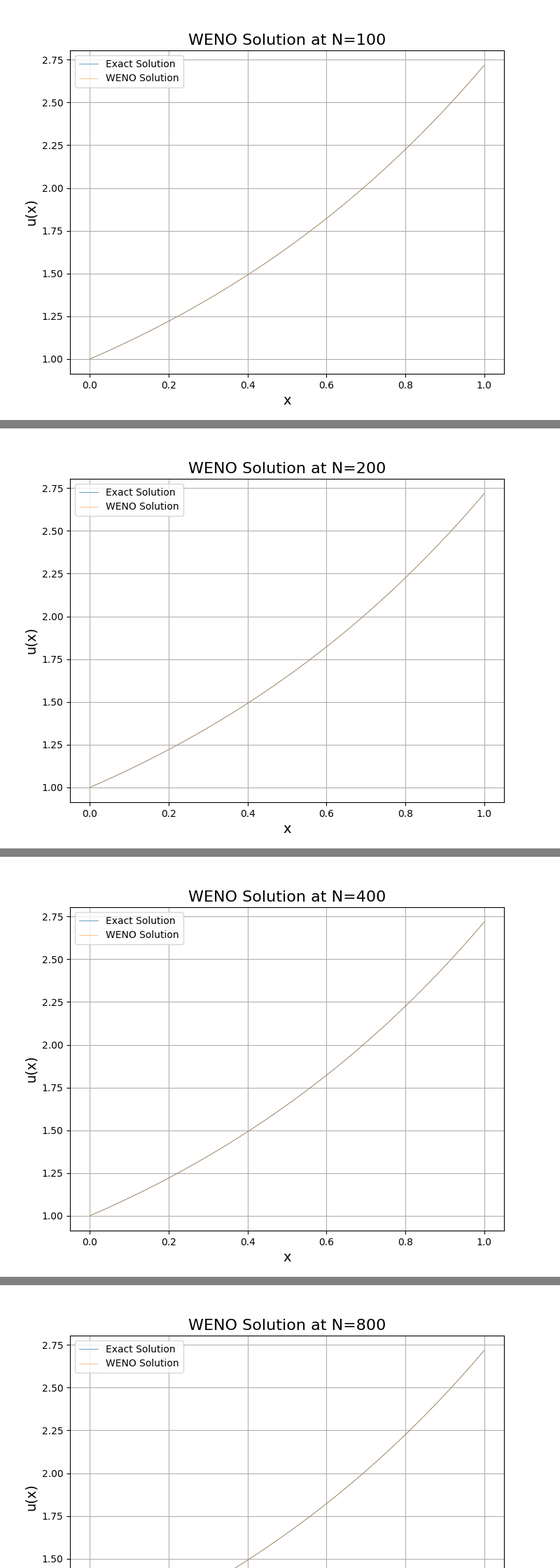
Repository: mishiroo/WENO
Script's output: python main.py
An editor plug-in stored every save of this project. The script's output is shown before and after the next save, followed by the edit.
The pictures show rows 0 to 2240 of an output 3048 px tall, at 70% of full size.
Each picture stacks the figures in order, with grey between them; figures that are only written to a file come last. Random numbers start from a fixed seed.

Above is the script's output before, as saved 2024-12-12 15:23:05.

### main.py
import WENO
import ErrorAnalysis as EA
import numpy as np

# 计算误差阶
# N: Num of cells
NList = [100, 200, 400, 800, 1600]
# 存储计算结果
l2_err_list = []
linf_err_list = []
solution_list = []

for n in NList:
    print(f"num of cells = {n}...")
    mesh = WENO.Mesh(0, 1, n)  # 实例化的Mesh mesh.mesh访问网格本身
    mesh.SetTestAverageValues()
    theo_values = np.exp(mesh.mesh)
    weno = WENO.WENO1D(mesh=mesh.mesh, avg_values=mesh.avg_values, k=5)

    # weno5_solution = weno.Reconstruct()
    # 模板为5的计算结果
    weno5_solution = weno.StencilReconstruct_all()
    # 统计误差
    linf_err_list.append(EA.LinfError(theo_values, weno5_solution))
    l2_err_list.append(EA.L2Error(theo_values, weno5_solution))
    solution_list.append(weno5_solution)
    # 绘图
    EA.Draw(mesh.mesh, theo_values, weno5_solution)


EA.SaveError("WENO5Error.xlsx", NList, l2_err_list, linf_err_list)

### WENO.py
import tqdm
import numpy as np
from typing import List
# 1D dimension
class WENO1D:

    def __init__(self, mesh: np.ndarray, avg_values: np.ndarray, k: int =5) -> None:
        """初始化WENO类

        Args:
            mesh (np.ndarray): 网格剖分[lb,...ub]
            avg_values (np.ndarray): 网格剖分[lb,...ub]
            k (int, optional): 模板长度. Defaults to 3.
            Supported k=1, 2, 3, 5
        """
        assert np.size(mesh) - 1 == np.size(
            avg_values
        ), "len(mesh) == len(avg_values) + 1"
        self.avg_values = avg_values
        self.mesh = mesh

        self.order = 2 * k - 1
        self.lb = mesh[0]
        self.ub = mesh[-1]
        self.N = len(mesh) - 1  # Num of cells
        self.k = k  # Num of stencils

        self._solution = np.zeros(self.N + 1)  # 存储WENO重构结果
        self.stencil_solution = np.zeros(self.N + 1)  # 存储模板重构结果

        # 查表得到模板组合线性权
        if self.order == 1:
            self.weights_d = [1]
        elif self.order == 3:
            self.weights_d = [2 / 3, 1 / 3]
        elif self.order == 5:
            self.weights_d = [1 / 10, 3 / 5, 3 / 10]
            # 查表得到模板组合系数
            self.C = np.array(
                [
                    [1 / 3, -7 / 6, 11 / 6],
                    [-1 / 6, 5 / 6, 1 / 3],
                    [1 / 3, 5 / 6, -1 / 6],
                    [11 / 6, -7 / 6, 1 / 3],
                ]
            )
        elif self.order == 9:
            # 直接得到五阶模板 加权可以得到九阶模板
            self.weights_d = np.ones(5) / 5  # 书上没有对应权重 暂时求平均处理
            self.C = np.array(
                [
                    [1/5, -21/20, 137/60, -163/60, 137/60],
                    [-1/20, 17/60, -43/60, 77/60, 1/5],
                    [1/30, -13/60, 47/60, 9/20, -1/20],
                    [-1/20, 9/20, 47/60, -13/60, 1/30],
                    [1/5, 77/60, -43/60, 17/60, -1/20],
                    [137/60, -163/60, 137/60, -21/20, 1/5]
                ]
            )
        else:
            raise ValueError("k must be 1, 2 or 3, 5(测试五阶算法用)")  # 其他阶的系数论文没给，先不写

    def StencilReconstruct(self, index: int) -> List[float]:
        """根据模板进行重构 精度为k阶

        Args:
            index (int): 计算节点的位置索引

        Returns:
            List[float]: 不同模板上的重构结果
        """
        stencil_index = index - 1
        stencil_recons = np.zeros(self.k)  # 存储不同模板重构结果的值
        if stencil_index - self.k + 1 >= 0 and stencil_index + self.k - 1 <= self.N - 1:
            for i in range(self.k):
                stencil_recons[i] = np.inner(
                    self.C[i],
                    self.avg_values[
                        stencil_index - self.k + 1 + i : stencil_index + i + 1
                    ],
                )

        elif stencil_index - self.k + 1 < 0:
            for i in range(self.k):
                stencil_recons[i] = np.inner(
                    self.C[-1],
                    self.avg_values[stencil_index+1 : stencil_index + self.k+1],
                )

        elif stencil_index + self.k - 1 > self.N - 1:
            for i in range(self.k):
                stencil_recons[i] = np.inner(
                    self.C[0],
                    self.avg_values[stencil_index - self.k + 1 : stencil_index + 1],
                )
        return stencil_recons

    def SmoothIndicators(self, index: int) -> np.ndarray:
        """计算指示器

        Args:
            index (int): 索引

        Returns:
            np.ndarray: 平滑指示函数
        """
        assert self.k == 2 or self.k == 3, "SmoothIndicators only support k=3 NOW!"
        # 处理非法值
        if index < self.k - 1 or index > self.N - self.k:
            return self.weights_d
        else:
            if self.k == 2:
                beta0 = self.avg_values[index + 1] - self.avg_values[index]
                beta1 = self.avg_values[index] - self.avg_values[index - 1]
                return [beta0, beta1]
            elif self.k == 3:
                beta0 = (
                    13
                    / 12
                    * (
                        self.avg_values[index + 1]
                        - 2 * self.avg_values[index + 1]
                        + self.avg_values[index + 2]
                    )
                    ** 2
                )
                +1 / 4 * (
                    3 * self.avg_values[index]
                    - 4 * self.avg_values[index + 2]
                    + self.avg_values[index + 2]
                ) ** 2
                beta1 = (
                    13
                    / 12
                    * (
                        self.avg_values[index - 1]
                        - 2 * self.avg_values[index]
                        + self.avg_values[index + 1]
                    )
                    ** 2
                )
                +1 / 4 * (self.avg_values[index - 1] - self.avg_values[index + 1]) ** 2
                beta2 = (
                    13
                    / 12
                    * (
                        self.avg_values[index - 2]
                        - 2 * self.avg_values[index - 1]
                        + self.avg_values[index]
                    )
                    ** 2
                )
                +1 / 4 * (
                    3 * self.avg_values[index]
                    - 4 * self.avg_values[index - 1]
                    + self.avg_values[index - 2]
                ) ** 2
            return [beta0, beta1, beta2]

    def FormWeights(self, index: int, eps=1e-6) -> np.ndarray:
        """计算归一化权重

        Args:
            index (int): 索引

        Returns:
            np.ndarray: 权重
        """
        alpha = np.zeros(self.k)
        beta = self.SmoothIndicators(index)
        for i in range(self.k):
            alpha[i] = self.weights_d[i] / (eps + beta[i]) ** 2
        return alpha / np.sum(alpha)

    def NodeReconstruct(self, index: int, eps=1e-6) -> float:
        """WENO加权后的重构 精度为2k-1阶 针对节点进行重构

        Args:
            index (int): 索引
            eps (_type_, optional): eps参数. Defaults to 1e-6.

        Returns:
            float: 插值结果
        """
        weights = self.FormWeights(index, eps=eps)
        return np.inner(self.weights_d, self.StencilReconstruct(index))

    def Reconstruct(self, eps=1e-6):
        """WENO加权后的重构 精度为2k-1阶 针对区间进行重构

        Args:
            eps (_type_, optional): eps参数. Defaults to 1e-6.
        """
        for i in tqdm.tqdm(range(self.N + 1)):
            self._solution[i] = self.NodeReconstruct(i, eps=eps)
        return self._solution

    def StencilReconstruct_all(self) -> np.ndarray:
        """精度为2k-1阶 调用StencilReconstruct 针对区间进行重构

        Returns:
            np.ndarray: 重构结果
        """
        for i in range(self.N + 1):
            self.stencil_solution[i] = np.inner(self.weights_d, self.StencilReconstruct(i))
        return self.stencil_solution


class Mesh:
    def __init__(self, lb: float, ub: float, N: int) -> None:
        """初始化网格

        Args:
            lb (float): 左边界
            ub (float): 右边界
            N (int): cells数量
        """
        self.lb = lb
        self.ub = ub
        self.N = N
        self.mesh = np.linspace(lb, ub, N + 1)
        self.avg_values = np.zeros(N)  # Initialize avg_values

    def BindAverageValues(self, avg_values: List[float]) -> None:
        """绑定平均值

        Args:
            avg_values (List[float]): 平均值
        """
        assert len(avg_values) == self.N, "avg_values length must be N"
        self.avg_values = avg_values

    def SetTestAverageValues(self):
        """测试用例
        func = e^x
        设置精确的单元格积分均值
        """
        for i in range(self.N):
            integrate = np.exp(self.mesh[i + 1]) - np.exp(self.mesh[i])
            self.avg_values[i] = integrate / (self.mesh[i + 1] - self.mesh[i])

### ErrorAnalysis.py
# 分析计算结果的收敛阶 绘制计算效果图
import numpy as np
import pandas as pd
from typing import List
from matplotlib import pyplot as plt


def AccuracyOrder(N1: int, N2: int, Error1: int, Error2: int) -> float:
    """给定两组剖分和计算结果，计算收敛阶

    Args:
        N1 (int): 第一次剖分的网格数
        N2 (int): 第二次剖分的网格数
        Error1 (int): 第一次剖分的误差
        Error2 (int): 第二次剖分的误差

    Returns:
        float: 收敛阶
    """
    return np.log(Error1 / Error2) / np.log(N2 / N1)


def AccuracyOrders(NList: List[int], ErrorList: List[float]) -> np.ndarray:
    """对两组及以上剖分结果进行收敛阶分析 返回长度为len(NList)第一个元素为None的收敛阶数组
    输入参数是Num of cells
    Args:
        NList (List[int]): 网格剖分参数列表
        ErrorList (List[float]): 误差结果列表

    Returns:
        np.ndarray: 收敛阶列表
    """
    assert len(NList) == len(
        ErrorList
    ), f"length of NList and ErrorList must be equal, but {len(NList)} and {len(ErrorList)} are given"
    orderList = np.zeros(len(NList))
    orderList[0] = None
    for i in range(1, len(NList)):
        orderList[i] = AccuracyOrder(
            NList[i], NList[i - 1], ErrorList[i], ErrorList[i - 1]
        )
    return orderList


def AccuracyOrders_h(hList: List[float], ErrorList: List[float]) -> np.ndarray:
    """对两组及以上剖分结果进行收敛阶分析 返回长度为len(hList)第一个元素为None的收敛阶数组
    输入参数是剖分长度
    Args:
        hList (List[int]): 网格剖分长度列表
        ErrorList (List[float]): 误差结果列表

    Returns:
        np.ndarray: 收敛阶列表
    """
    N = [int(1/h) for h in hList]
    return AccuracyOrders(N, ErrorList)


def SaveError(
    fn: str, NList: List[int], L2ErrorList: List[float], LinfErrorList: List[float]
) -> None:
    """保存误差结果

    Args:
        fn (str): 保存文件名
        NList (List[int]): 网格剖分参数列表
        ErrorList (List[float]): 误差结果列表
    """
    ac_orders_l2 = AccuracyOrders(NList, L2ErrorList)
    ac_orders_linf = AccuracyOrders(NList, LinfErrorList)
    # 保存计算结果
    data = {
        "N": NList,
        "L2Error": L2ErrorList,
        "L2Order": ac_orders_l2,
        "LInfError": LinfErrorList,
        "LInfOrder": ac_orders_linf,
    }
    df = pd.DataFrame(data)
    df.to_excel(fn, index=False)
    # 打印误差
    print(f"l2 err accuracy order: {ac_orders_l2}")
    print(f"linf err accuracy order: {ac_orders_linf}")


def L2Error(analytical: List[float], numerical: List[float]) -> float:
    """计算L2误差

    Args:
        analytical (List[float]): 解析解
        numerical (List[float]): 数值解

    Returns:
        float: L2误差
    """
    return np.sqrt(np.sum([(a - n) ** 2 for a, n in zip(analytical, numerical)]))


def LinfError(analytical: List[float], numerical: List[float]) -> float:
    """计算Linf误差

    Args:
        analytical (List[float]): 解析解
        numerical (List[float]): 数值解

    Returns:
        float: Linf误差
    """
    return max([abs(a - n) for a, n in zip(analytical, numerical)])


def Draw(
    mesh: np.ndarray,
    theo_values: np.ndarray,
    weno_values: np.ndarray,
    show=False,
    fn: str = None,
):
    """只绘制剖分为N的精确值与数值解对比图

    Args:
        mesh (np.ndarray): 剖分网格
        theo_values (np.ndarray): 理论值
        weno_values (np.ndarray): WENO求解结果
        show(Bool, optional): 是否显示图形. Defaults to False.
        fn (str, optional): 保存文件名. Defaults to None.
    """
    N = mesh.size - 1
    # 创建图形
    plt.figure(figsize=(8, 6))

    # 绘制理论值
    plt.plot(
        mesh,
        theo_values,
        label="Exact Solution",
        linestyle="-",
        linewidth=0.5,
    )
    # 绘制WENO数值解
    plt.plot(
        mesh,
        weno_values,
        label="WENO Solution",
        linestyle="--",
        linewidth=0.5,
    )
    # 设置标题和标签

    plt.title(f"WENO Solution at N={N}", fontsize=16)
    plt.xlabel("x", fontsize=14)
    plt.ylabel("u(x)", fontsize=14)

    # 显示图例
    plt.legend()

    # 显示网格
    plt.grid(True)
    if fn is not None:
        plt.savefig(f"figures/{fn}.png")
    else:
        plt.savefig(f"figures/WENO5-N={N}.png")
    # 展示图形
    if show:
        plt.show()

After the next save:
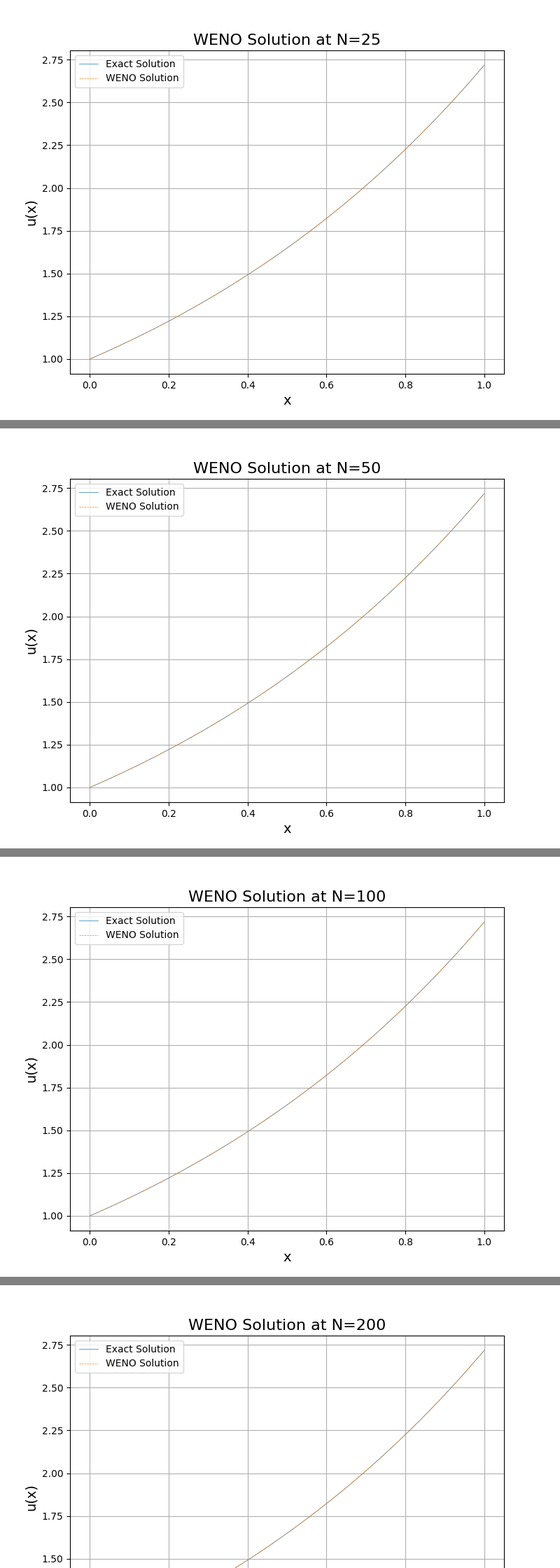
Saved 60 s later.
--- a/main.py
+++ b/main.py
@@ -4,7 +4,7 @@ import numpy as np
 
 # 计算误差阶
 # N: Num of cells
-NList = [100, 200, 400, 800, 1600]
+NList = [25, 50, 100, 200, 400]
 # 存储计算结果
 l2_err_list = []
 linf_err_list = []
